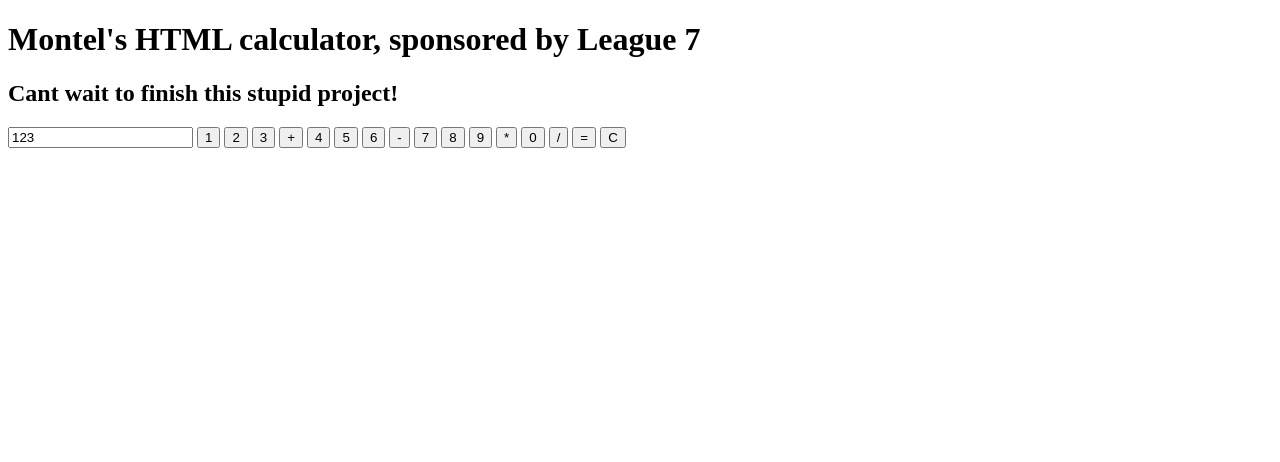
Repository: mnhardy1504/odin-recipes1
Page: repos/calculator/calculator.html
An editor plug-in stored every save of this project. The page is shown before and after the next save, followed by the edit.
The browser window is 1280 px wide. The pictures show the whole page.

Above is the page before, as saved 2023-12-05 16:15:57.

After the next save:
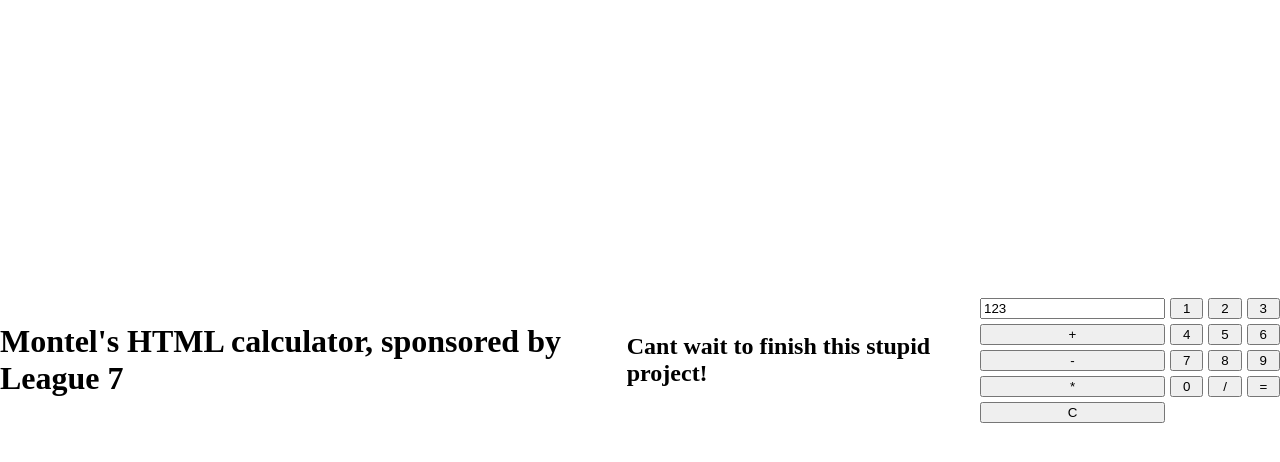
Saved 10 s later.
--- a/repos/calculator/calculator.html
+++ b/repos/calculator/calculator.html
@@ -5,6 +5,8 @@
   <title>Calculator</title>
   <h1>Montel's HTML calculator, sponsored by League 7 </h1>
   <h2> Cant wait to finish this stupid project! </h2>
+  <link rel="stylesheet" href="calculator.css">
+  <script src="index.js"></script>
 </head>
 <body>
  <div id="reply"></div>

After the save that followed:
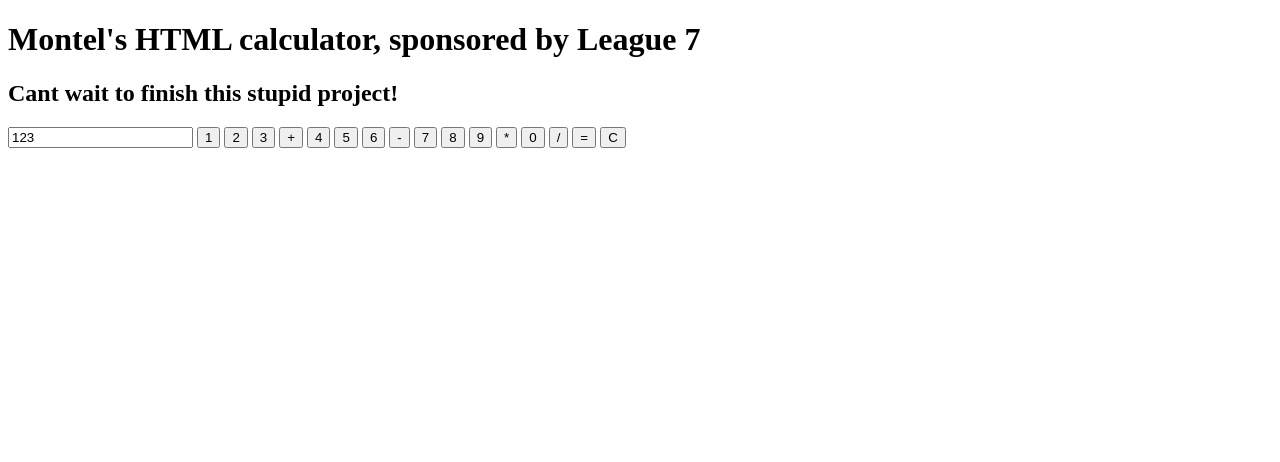
Saved 30 s later.
--- a/repos/calculator/calculator.html
+++ b/repos/calculator/calculator.html
@@ -3,10 +3,9 @@
 <head>
   <meta charset="UTF-8">
   <title>Calculator</title>
+  <script src="index.js"></script>
   <h1>Montel's HTML calculator, sponsored by League 7 </h1>
   <h2> Cant wait to finish this stupid project! </h2>
-  <link rel="stylesheet" href="calculator.css">
-  <script src="index.js"></script>
 </head>
 <body>
  <div id="reply"></div>
